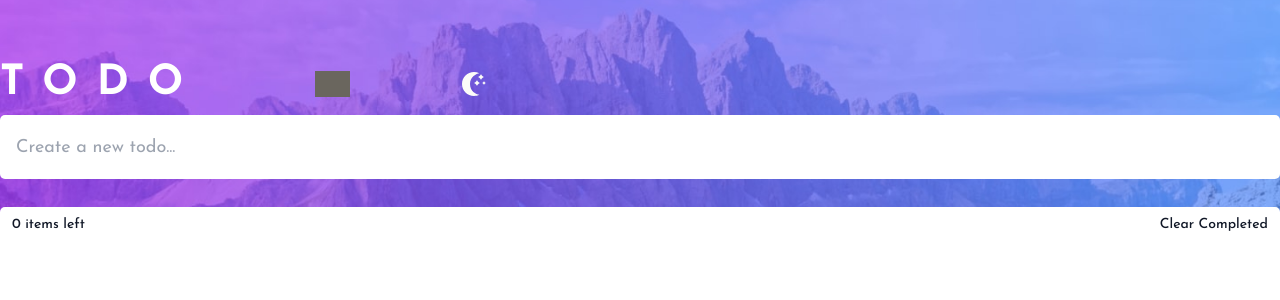
Repository: ikram-lisa/todo-list
Page: /
An editor plug-in stored every save of this project. The page is shown before and after the next save, followed by the edit.
The browser window is 1280 px wide. The pictures show the whole page.
Pictures or frames that could not be fetched are drawn as grey boxes. The project was rebuilt for these pictures with package versions that can differ from the ones it lists, and the page was loaded fresh each time. Also part of the build but not shown: vite.config.js.

Above is the page before, as saved 2024-05-14 23:02:18.

After the next save:
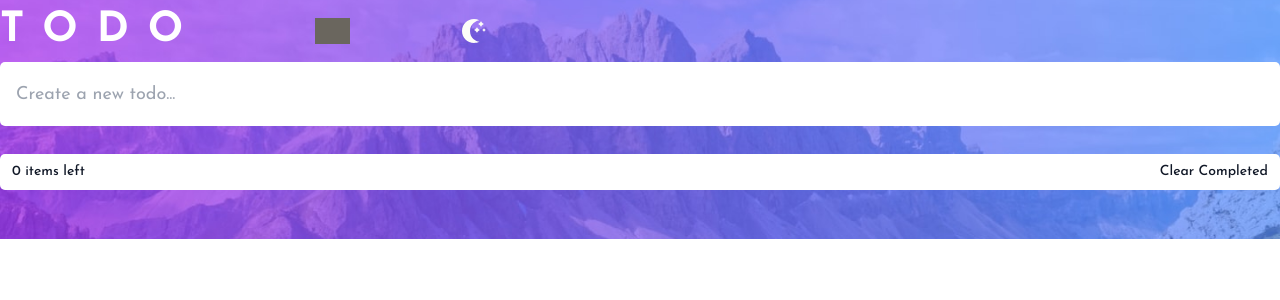
Saved 57 s later.
--- a/src/css/style.scss
+++ b/src/css/style.scss
@@ -13,7 +13,6 @@ body {
 
 .container-todo {
   width: 100%;
-
   height: 100vh;
 }
 .bg-light-theme {
@@ -37,7 +36,7 @@ body {
 }
 .theme-content {
   width: 38%;
-  margin-top: 53px;
+  margin-top: 53px auto;
   h1 {
     font-weight: 700;
     color: white;
